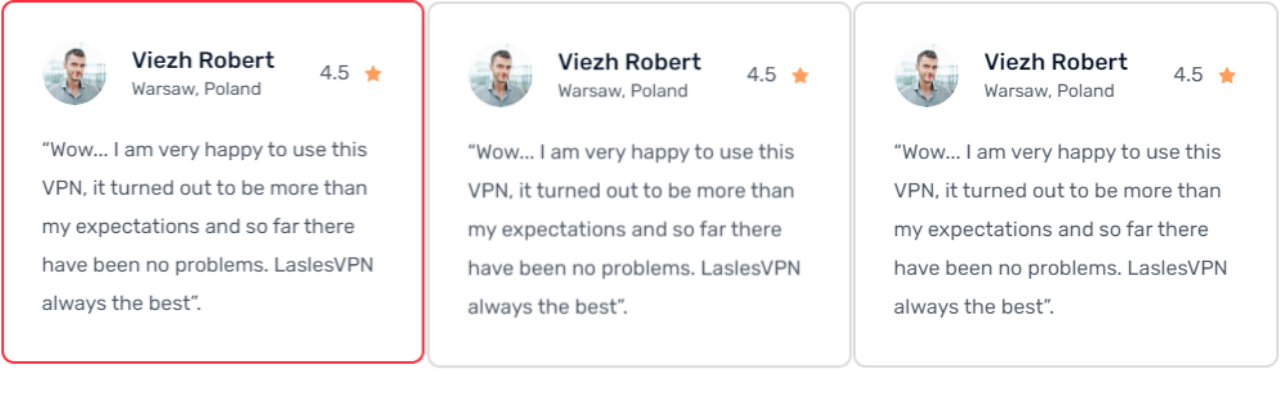
Repository: thefellowshiplotr/owl_carousel
Page: index.html
These files come from the project's save history. The page is drawn as it stood at one moment and after the next save; the edit follows.
The browser window is 1280 px wide. The pictures show the whole page.

Above is the page before, as saved 2022-11-01 10:16:35.

After the next save:
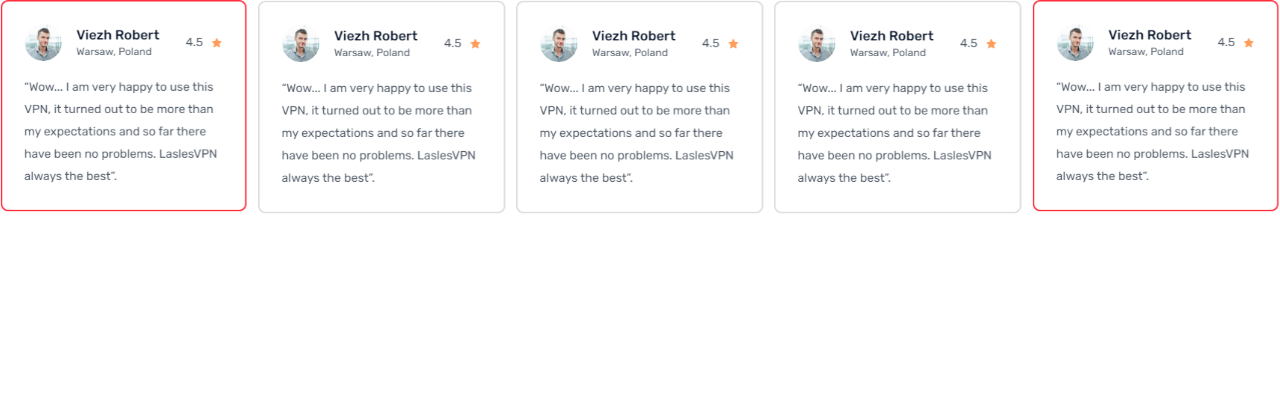
Saved 44 s later.
--- a/index.html
+++ b/index.html
@@ -40,5 +40,23 @@
         $(".owl-carousel").owlCarousel();
       });
     </script>
+    <script>
+      $(".owl-carousel").owlCarousel({
+        loop: true,
+        margin: 10,
+        nav: true,
+        responsive: {
+          0: {
+            items: 1,
+          },
+          600: {
+            items: 3,
+          },
+          1000: {
+            items: 5,
+          },
+        },
+      });
+    </script>
   </body>
 </html>
